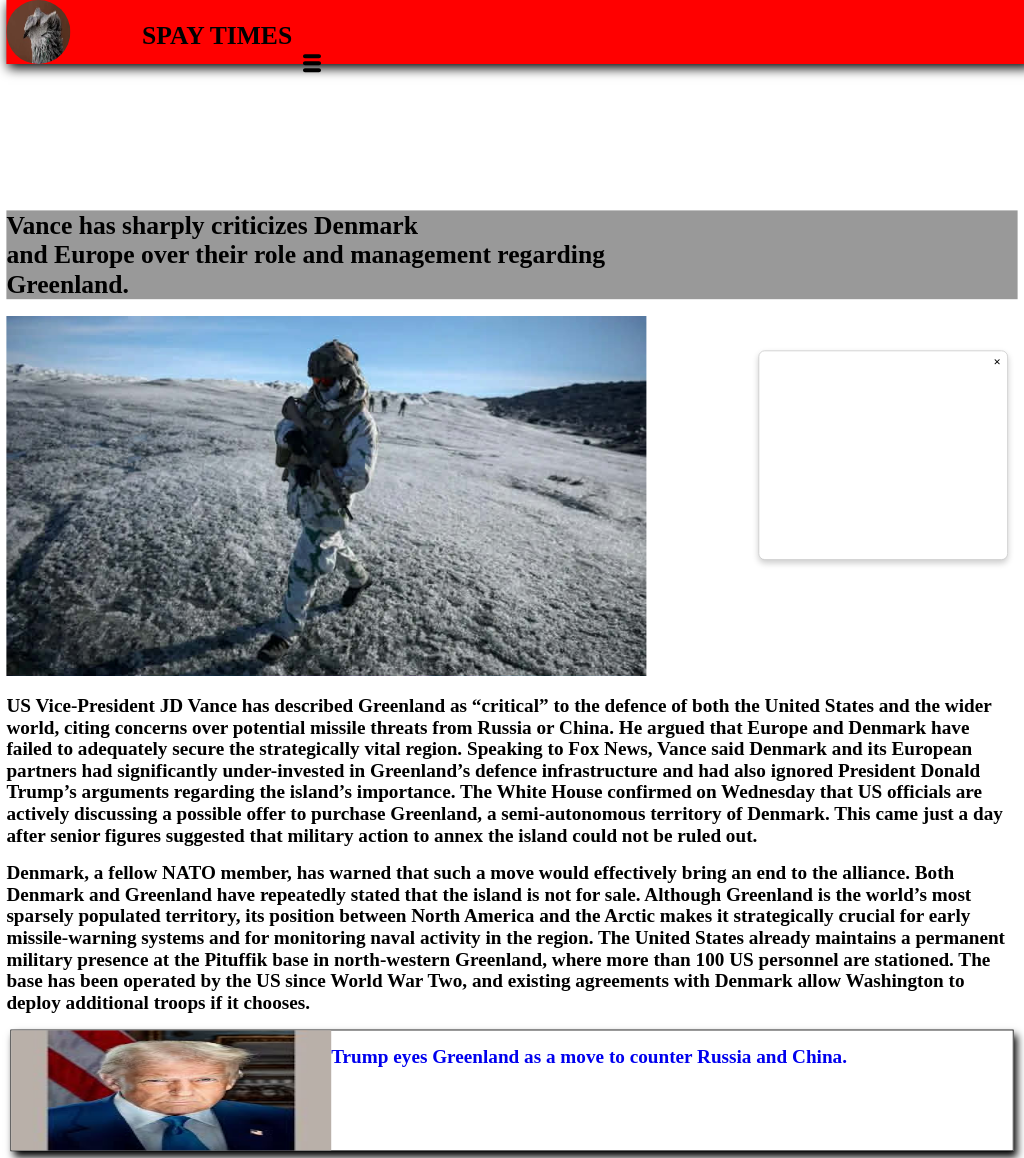
Repository: ridhukhan/spytimes
Page: /
An editor plug-in stored every save of this project. The page is shown before and after the next save, followed by the edit.
The browser window is 1280 px wide. The pictures show the whole page, at 80% of full size.
The project was rebuilt for these pictures with package versions that can differ from the ones it lists, and the page was loaded fresh each time. Also part of the build but not shown: vite.config.js, src/components/policy/PrivecyPolicy.jsx, src/components/policy/Terms.jsx, src/components/trending/TrendingDetails.jsx, src/pages/heath/Dieabeties.jsx, src/pages/heath/Health.jsx, src/pages/heath/Allergy.jsx, src/pages/heath/WeightLose.jsx.

Above is the page before, as saved 2026-01-13 18:38:40.

### index.html
<!doctype html>
<html lang="en">
  <head>
    <meta charset="UTF-8" />
    <link rel="icon" type="image/svg+xml" href="/vite.svg" />
    <meta name="6a97888e-site-verification" content="945cf2ffcb6885b11db89e632c2e0750">

    <meta name="viewport" content="width=device-width, initial-scale=1.0" />
    <title>spytimes</title>
  </head>
  <body>

    <div id="root"></div>
     <script type="module" src="/src/main.jsx"></script>


  </body>
 </html>

### src/main.jsx
import {BrowserRouter} from "react-router-dom"

import { createRoot } from 'react-dom/client'
import './index.css'
import App from './App.jsx'
import { StrictMode } from "react"
createRoot(document.getElementById('root')).render(

    <BrowserRouter>
    <App />
    </BrowserRouter>

 ,
)

### src/index.css
@media screen and (max-width:414px){
  *{
    width: 100%;
    padding:0;
margin: 0;
  }

  body{
width: 100%;
background-color: white;
color: black;
  }
}

### src/App.jsx
import { Route, Routes } from "react-router-dom"
import Navbar from "./nav/Navbar"
import Home from "./pages/home/Home"
import PrivecyPolicy from "./components/policy/PrivecyPolicy"
import Terms from "./components/policy/Terms"
import TrendingDetails from "./components/trending/TrendingDetails"
import Dieabeties from "./pages/heath/Dieabeties"
import Health from "./pages/heath/Health"
import Allergy from "./pages/heath/Allergy"
import WeightLose from "./pages/heath/WeightLose"
import TopBannerAd from "./components/ads/TopAd"
import {PopUnderAd }from "./components/ads/PopunderAd"


function App() {

  return (
    <div>

   <Navbar/>
    <PopUnderAd/>
   <TopBannerAd/>

   <Routes>
    <Route path="/" element={<Home/>}/>
    <Route  path="/privecypolicy" element={<PrivecyPolicy/>}/>
    <Route  path="/Terms" element={<Terms/>}/>
    <Route  path="/Trendingdetails" element={<TrendingDetails/>}/>
    <Route path="/blood-sugar-natural-tips" element={<Dieabeties/>}/>
<Route path="/health" element={<Health/>}/>
<Route path="/allergy" element={<Allergy/>}/>
<Route path="/weightlose" element={<WeightLose/>}/>


   </Routes>
    </div>
  )
}

export default App

### src/nav/Navbar.jsx
import React from 'react'
import "./Navbar.css"
import { ImCross } from "react-icons/im";
import { TiThMenu } from "react-icons/ti";
import logo from "../assets/download.jpeg"
import { useState } from 'react';
import { Link} from 'react-router-dom';
const Navbar = () => {
    const [openmenu,setOpenmenu]=useState(false)
  return (
    <div style={{position:"fixed",backgroundColor:"red",display:"flex",
    width:"100%", height:"80px", top:"0", zIndex:"1000", boxShadow:"2px 5px 14px black"}}>
<img src={logo} alt="logo" style={{width:"80px", height:"80px", borderRadius:"100%"}}/>
<h1 style={{marginTop:"2%", marginLeft:"7%",}}>SPAY TIMES</h1>
<TiThMenu  onClick={()=>setOpenmenu(!openmenu)}  style={{width:"50px",height:"30px", marginTop:"5%", }}/>

   {openmenu? <div style={{display:"grid",position:"absolute",width:"90%",background:"black", height:"600px", zIndex:"999", marginTop:"10%", borderRadius:"19px", right:"0"}}>
<ImCross onClick={()=>setOpenmenu(null)} style={{ color:"red", left:"0", justifyContent:"flex-start", width:"50px", height:"30px"}}/>

  <ul>


    <Link to={"/"}><li>Home</li></Link>
    <li>USA</li>
    <li>UK</li>
    <li>ASIA</li>
    <Link to={"/health"}><li onClick={()=>setOpenmenu(null)}>Health</li></Link>
   <Link to={"/privecypolicy"}><li style={{color:"blue"}}>Privecy Policy</li></Link>
<Link to={"/Terms"}><li style={{color:"blue"}}>Terms &  condition</li></Link>

  </ul>










   </div>: null}
    </div>
  )
}


export default Navbar

### src/pages/home/Home.jsx
import React from 'react'
import home1 from "../../assets/home1.jpeg"
import Trending from '../../components/trending/Trending'
import AdBanner from '../../components/ads/AdsBanner'
import FullPageAdBanner from '../../components/ads/FullPageAdBanner'

const Home = () => {
  return (
    <div style={{marginTop:"20%"}}>
<FullPageAdBanner/>
        <h1 style={{backgroundColor:"#999"}}>Vance has sharply criticizes Denmark <br /> and Europe over their role and management regarding <br /> Greenland.</h1>

        <img src={home1} alt="home1" />

       <h2>
        US Vice-President JD Vance has described Greenland as “critical” to the defence of both the United States and the wider world, citing concerns over potential missile threats from Russia or China. He argued that Europe and Denmark have failed to adequately secure the strategically vital region.

Speaking to Fox News, Vance said Denmark and its European partners had significantly under-invested in Greenland’s defence infrastructure and had also ignored President Donald Trump’s arguments regarding the island’s importance.

The White House confirmed on Wednesday that US officials are actively discussing a possible offer to purchase Greenland, a semi-autonomous territory of Denmark. This came just a day after senior figures suggested that military action to annex the island could not be ruled out.
</h2><h2>
Denmark, a fellow NATO member, has warned that such a move would effectively bring an end to the alliance. Both Denmark and Greenland have repeatedly stated that the island is not for sale.

Although Greenland is the world’s most sparsely populated territory, its position between North America and the Arctic makes it strategically crucial for early missile-warning systems and for monitoring naval activity in the region.

The United States already maintains a permanent military presence at the Pituffik base in north-western Greenland, where more than 100 US personnel are stationed. The base has been operated by the US since World War Two, and existing agreements with Denmark allow Washington to deploy additional troops if it chooses.
       </h2>

<Trending/>
<AdBanner/>
    </div>
  )
}

export default Home

### src/components/ads/TopAd.jsx
import { useEffect } from "react";

const TopBannerAd = () => {
  useEffect(() => {
    // Prevent duplicate script load
    if (!document.querySelector('script[src="https://a.magsrv.com/ad-provider.js"]')) {
      const script = document.createElement("script");
      script.src = "https://a.magsrv.com/ad-provider.js";
      script.async = true;
      script.type = "application/javascript";
      document.body.appendChild(script);
    }

    // Push ad after script load
    window.AdProvider = window.AdProvider || [];
    window.AdProvider.push({ serve: {} });
  }, []);

  return (
    <div
      style={{
        width: "100%",
        display: "flex",
        justifyContent: "center",
        margin: "10px 0",
      }}
    >
      <ins
        className="eas6a97888e10"
        data-zoneid="5827828"
        style={{ display: "block" }}
      ></ins>
    </div>
  );
};

export default TopBannerAd;

### src/components/ads/PopunderAd.jsx
import { useEffect } from "react";

export const PopUnderAd = () => {
  useEffect(() => {
    // prevent duplicate popunder load
    if (window.__exoPopLoaded) return;
    window.__exoPopLoaded = true;

    const script = document.createElement("script");
    script.type = "application/javascript";

    script.innerHTML = `
      (function() {
        var adConfig = {
          ads_host: "a.pemsrv.com",
          syndication_host: "s.pemsrv.com",
          idzone: 5827850,
          popup_fallback: false,
          popup_force: false,
          chrome_enabled: true,
          new_tab: false,
          frequency_period: 30,
          frequency_count: 1,
          trigger_method: 3,
          trigger_class: "",
          trigger_delay: 0,
          capping_enabled: true,
          tcf_enabled: true,
          only_inline: false
        };

        if (typeof popMagic !== "undefined") {
          popMagic.init(adConfig);
        } else {
          var s = document.createElement("script");
          s.src = "//a.pemsrv.com/popunder1000.js";
          s.async = true;
          document.body.appendChild(s);

          s.onload = function () {
            if (typeof popMagic !== "undefined") {
              popMagic.init(adConfig);
            }
          };
        }
      })();
    `;

    document.body.appendChild(script);
  }, []);

  return null; // popunder has no UI
};

### src/nav/Navbar.css
ul li{
text-align: center;
    color: aliceblue;
    border-bottom: 2px solid white;
    font-size: 40px;
    list-style: none;
    cursor: pointer;

}
ul li:hover{
    background-color: brown;
}
a{
    text-decoration: none;
}

### src/components/trending/Trending.jsx
import React from 'react'
import { Link } from 'react-router-dom'
import donaldtrump from "../../assets/donaldtrump.jpeg"
const Trending = () => {
  return (
    <div style={{display:"flex", marginTop:"5%", border:"1px solid black", margin:"5px", boxShadow:"4px 7px 10px black"}}>

<img src={donaldtrump} alt="donaldtrump" style={{width:"400px", height:"150px"}}/>
<Link to={"/Trendingdetails"}><h2>Trump eyes Greenland as a move to counter Russia and China.</h2></Link>
    </div>
  )
}

export default Trending

### src/components/ads/AdsBanner.jsx
import { useEffect } from "react";

const AdBanner = () => {
  useEffect(() => {
    // স্ক্রিপ্ট তৈরি করা
    const script = document.createElement("script");
    script.src = "https://a.magsrv.com/ad-provider.js";
    script.async = true;
    script.type = "application/javascript";
    document.body.appendChild(script);

    // স্ক্রিপ্ট লোড হয়ে গেলে AdProvider push করা
    script.onload = () => {
      window.AdProvider = window.AdProvider || [];
      window.AdProvider.push({ serve: {} });
    };

    // ক্লিনআপ
    return () => {
      document.body.removeChild(script);
    };
  }, []);

  return (
    <div>
      <ins className="eas6a97888e14" data-zoneid="5827854"></ins>
    </div>
  );
};

export default AdBanner;

### src/components/ads/FullPageAdBanner.jsx
import { useEffect, useState } from "react";

const FullPageAdBanner = () => {
  const [isVisible, setIsVisible] = useState(true);

  useEffect(() => {
    // স্ক্রিপ্ট তৈরি করা
    const script = document.createElement("script");
    script.src = "https://a.pemsrv.com/ad-provider.js";
    script.async = true;
    script.type = "application/javascript";
    document.body.appendChild(script);

    // স্ক্রিপ্ট লোড হলে push করা
    script.onload = () => {
      window.AdProvider = window.AdProvider || [];
      window.AdProvider.push({ serve: {} });
    };

    // ক্লিনআপ
    return () => {
      document.body.removeChild(script);
    };
  }, []);

  if (!isVisible) return null; // cross click করলে hide হবে

  // popup style
  const popupStyle = {
    position: "fixed",
    bottom: "20px",
    right: "20px",
    width: "300px",
    height: "250px",
    backgroundColor: "#fff",
    border: "1px solid #ccc",
    boxShadow: "0 4px 8px rgba(0,0,0,0.2)",
    zIndex: 9999,
    padding: "5px",
    borderRadius: "8px",
  };

  const closeButtonStyle = {
    position: "absolute",
    top: "5px",
    right: "8px",
    cursor: "pointer",
    fontWeight: "bold",
    fontSize: "16px",
  };

  return (
    <div style={popupStyle}>
      <span style={closeButtonStyle} onClick={() => setIsVisible(false)}>
        ×
      </span>
      <ins className="eas6a97888e33" data-zoneid="5827872"></ins>
    </div>
  );
};

export default FullPageAdBanner;

After the next save:
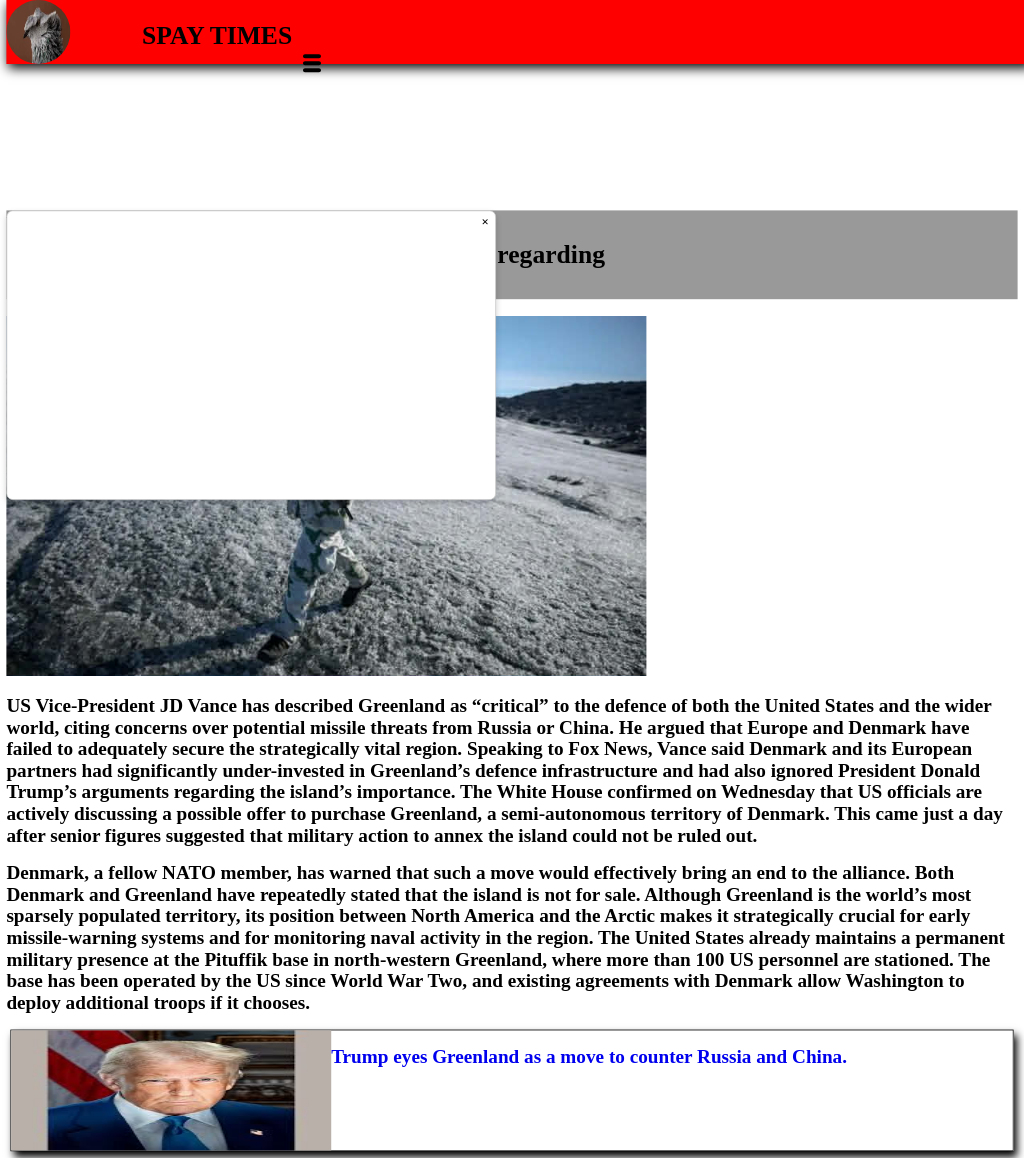
Saved 105 s later.
--- a/src/components/ads/FullPageAdBanner.jsx
+++ b/src/components/ads/FullPageAdBanner.jsx
@@ -28,10 +28,9 @@ const FullPageAdBanner = () => {
   // popup style
   const popupStyle = {
     position: "fixed",
-    bottom: "20px",
-    right: "20px",
-    width: "300px",
-    height: "250px",
+
+    width: "600px",
+    height: "350px",
     backgroundColor: "#fff",
     border: "1px solid #ccc",
     boxShadow: "0 4px 8px rgba(0,0,0,0.2)",
